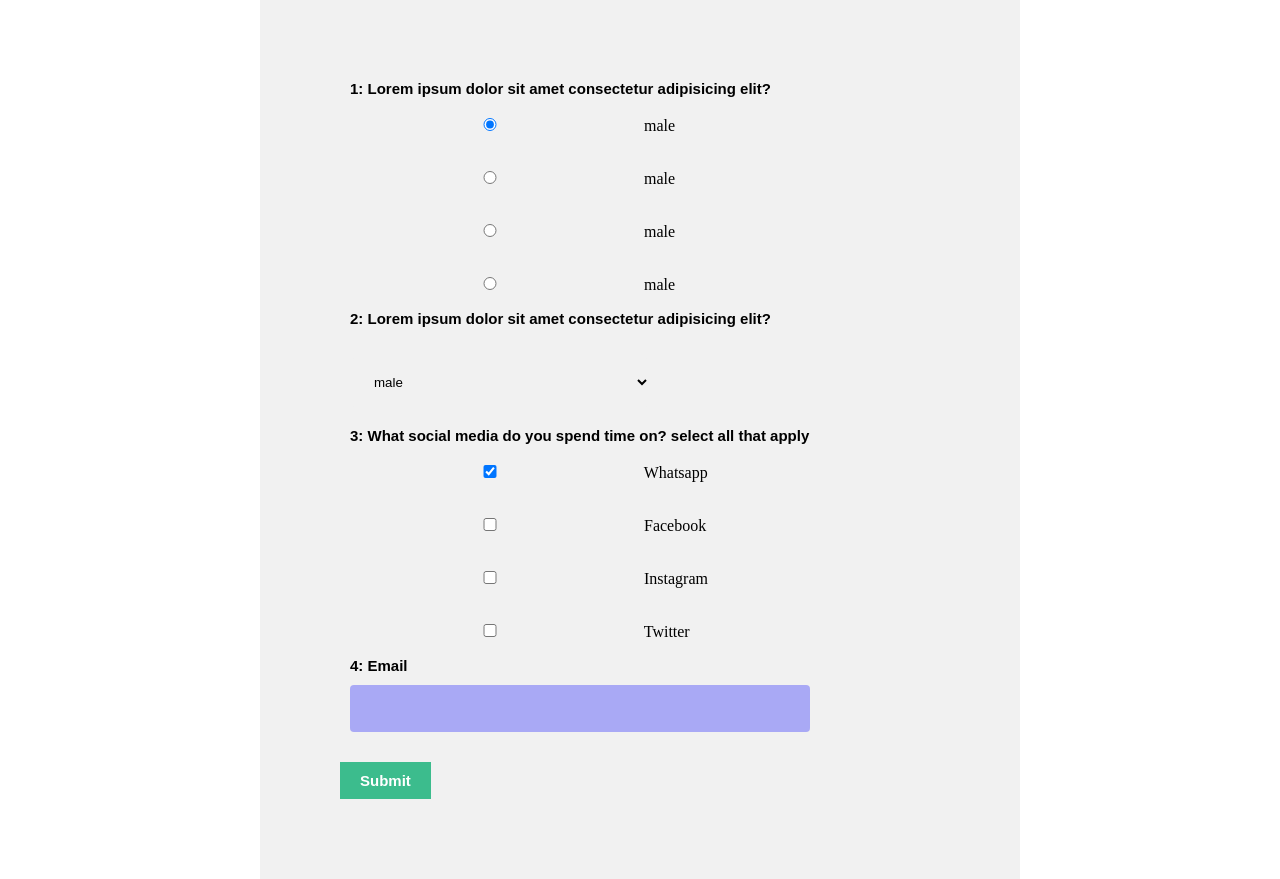
Repository: Grace229/Hasob-form
Page: index.html
These files come from the project's save history. The page is drawn as it stood at one moment and after a run of saves; the edit follows.
The browser window is 1280 px wide. The pictures show the whole page.

Above is the page before, as saved 2020-12-27 21:06:40.

After the next 4 saves:
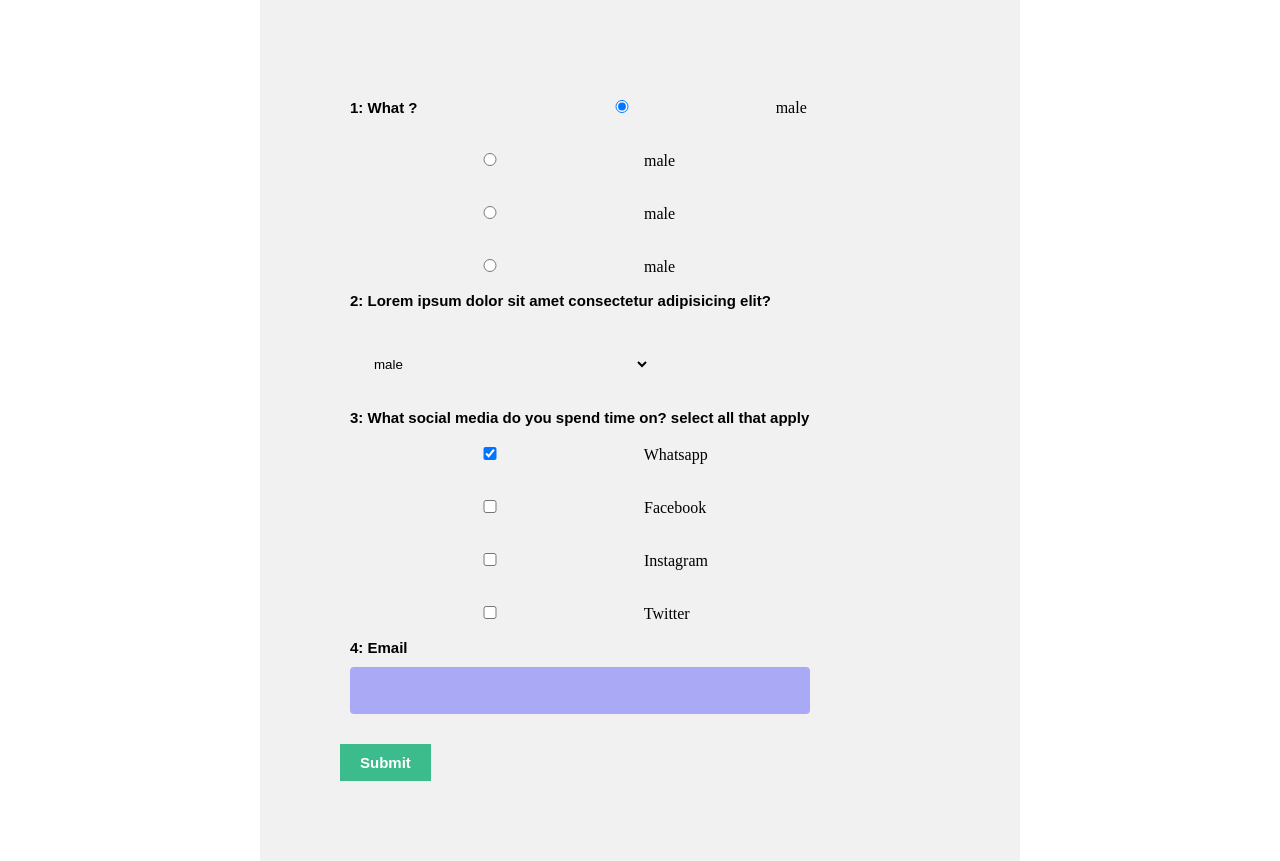
The 4 saves are shown as one change because they came seconds apart.
The last was saved 2 min 6 s later.
--- a/index.html
+++ b/index.html
@@ -10,7 +10,7 @@
     <form>
         <!-- radio button -->
         <div>
-            <label class="question" for="">1: Lorem ipsum dolor sit amet consectetur adipisicing elit? </label>
+            <label class="question" for="">1: What ? </label>
                 <input type="radio" name="gender" value="male" class="input" checked>
                 <label> male</label>
                 <input type="radio" name="gender" value="male" class="input">
